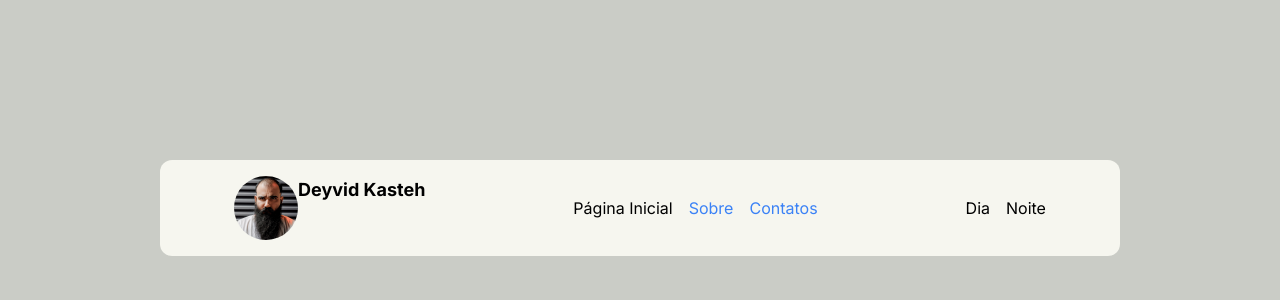
Repository: Deyvid-Kasteh/kasteh_portfolio
Page: /
An editor plug-in stored every save of this project. The page is shown before and after a run of saves, followed by the edit.
The browser window is 1280 px wide. The pictures show the whole page.
The project was rebuilt for these pictures with package versions that can differ from the ones it lists, and the page was loaded fresh each time. The framework's server and built-in components were replaced by stand-ins that run in the browser. Also part of the build but not shown: next.config.mjs.

Above is the page before, as saved 2024-03-24 03:06:06.

After the next 2 saves:
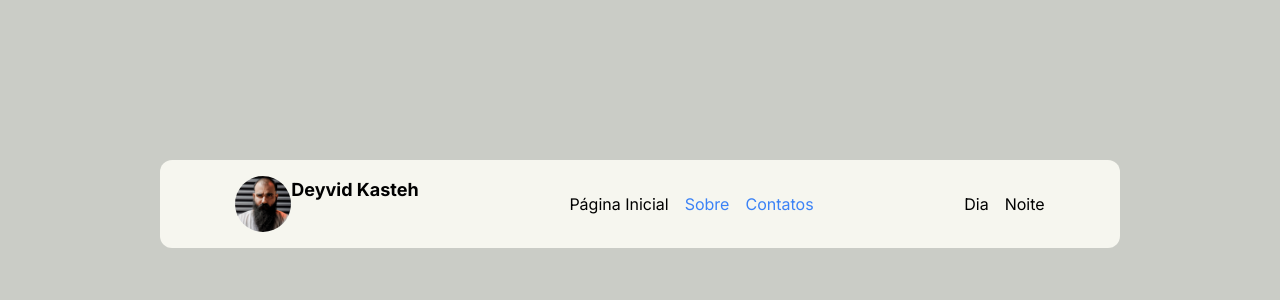
The 2 saves are shown as one change because they came seconds apart.
The last was saved 11 s later.
--- a/src/app/components/header.tsx
+++ b/src/app/components/header.tsx
@@ -6,7 +6,7 @@ const Header: React.FC = () => {
   return (
     <header className="bg-customGrayComponents flex justify-around items-center py-4 rounded-xl">
       <div className="flex">
-        <Image src={logo} alt="Logo" className="rounded-full w-16 h-16" />
+        <Image src={logo} alt="Logo" className="rounded-full w-14 h-14" />
         <h1 className="text-lg font-bold">Deyvid Kasteh</h1>
       </div>
       <nav>
